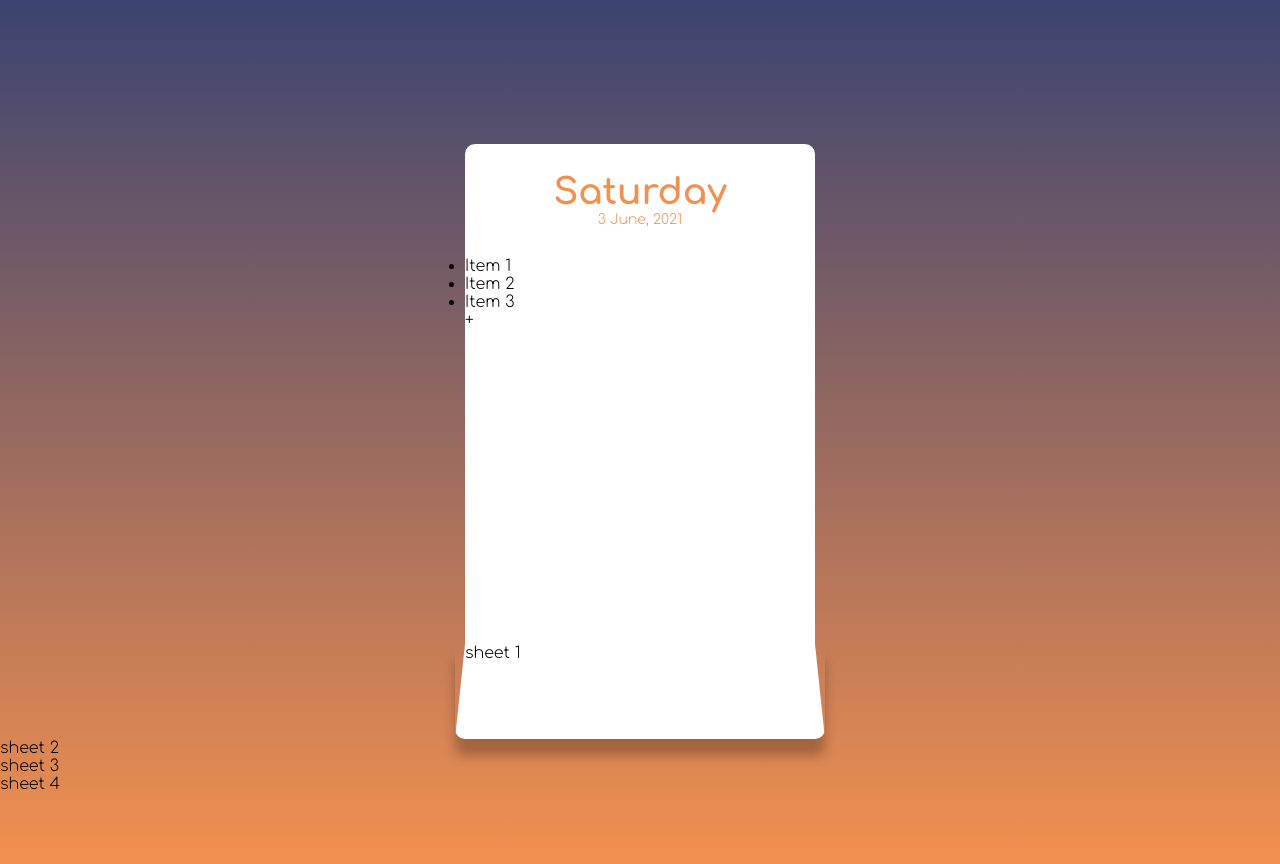
Repository: Colo-Codes/mini-projects
Page: todo-app/index.html
An editor plug-in stored every save of this project. The page is shown before and after a run of saves, followed by the edit.
The browser window is 1280 px wide. The pictures show the whole page.

Above is the page before, as saved 2021-07-04 11:34:37.

### todo-app/index.html
<!DOCTYPE html>
<html lang="en">
    <head>
        <meta charset="UTF-8" />
        <meta http-equiv="X-UA-Compatible" content="IE=edge" />
        <meta name="viewport" content="width=device-width, initial-scale=1.0" />
        <link rel="stylesheet" href="./css/index.css" />
        <title>Mini-Project - ToDo app</title>
    </head>
    <body>
        <div class="changing-background">
            <main class="todo">
                <section id="todo--header">
                    <header>Saturday</header>
                    <p>3 June, 2021</p>
                </section>
                <section id="todo--tasks-list">
                    <ul>
                        <li class="todo--tasks-list--item">Item 1</li>
                        <li class="todo--tasks-list--item">Item 2</li>
                        <li class="todo--tasks-list--item">Item 3</li>
                    </ul>
                </section>
                <section id="todo--footer">
                    <p>+</p>
                </section>
            </main>
            <div id="sheet-1-3d">sheet 1</div>
            <div id="sheet-2-3d">sheet 2</div>
            <div id="sheet-3-3d">sheet 3</div>
            <div id="sheet-4-3d">sheet 4</div>
        </div>
    </body>
</html>

### todo-app/css/index.css
@import url('https://fonts.googleapis.com/css2?family=Comfortaa:wght@300;700&display=swap');

/* Initial reset */

html {
    box-sizing: border-box;
    font-size: 16px;
}

*,
*:before,
*:after {
    box-sizing: inherit;
    margin: 0;
    padding: 0;
    /*outline: 1px dashed blue; /* Debugging purposes */
}

body {
    font-family: 'Comfortaa', cursive;
    background: #f3904f; /* fallback for old browsers */
    background: -webkit-linear-gradient(
        to bottom,
        #3b4371,
        #f3904f
    ); /* Chrome 10-25, Safari 5.1-6 */
    background: linear-gradient(
        to bottom,
        #3b4371,
        #f3904f
    ); /* W3C, IE 10+/ Edge, Firefox 16+, Chrome 26+, Opera 12+, Safari 7+ */
    background-repeat: no-repeat;
    background-size: cover;
    height: 100vh;
}

.todo {
    margin: auto;
    margin-top: 20vh;
    width: 350px;
    height: 500px;
    background-color: white;
    border-radius: 10px 10px 0 0;
}

#sheet-1-3d {
    width: 370px;
    height: 95px;
    margin: auto;
    border-radius: 0 0 10px 10px;
    /* trapezoidal shape */
    border-bottom: 95px solid white;
    border-left: 10px solid transparent;
    border-right: 10px solid transparent;
    /* height: 0; */
    /* width: 100px; */
    box-shadow: 0px 17px 12px rgba(0, 0, 0, 0.25);
}

#todo--header header {
    padding-top: 1.75rem;
    font-size: 2.25rem;
    font-weight: 700;
    text-align: center;
    color: #f3904f;
}

#todo--header p {
    font-size: 0.875rem;
    text-align: center;
    color: #f3904f;
}

#todo--tasks-list {
    margin-top: 1.875rem;
}

After the next 2 saves:
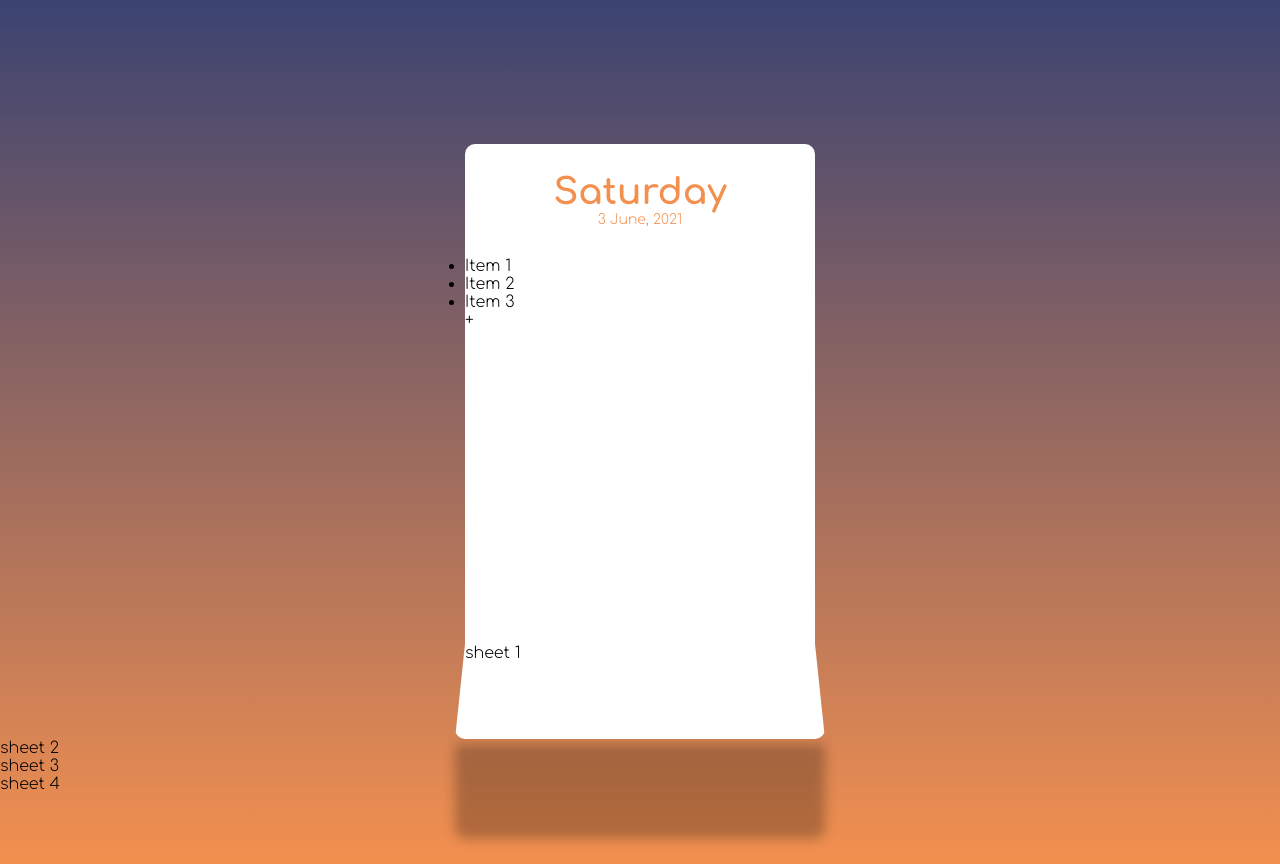
The 2 saves are shown as one change because they came seconds apart.
The last was saved 21 s later.
--- a/todo-app/css/index.css
+++ b/todo-app/css/index.css
@@ -54,7 +54,7 @@ body {
     border-right: 10px solid transparent;
     /* height: 0; */
     /* width: 100px; */
-    box-shadow: 0px 17px 12px rgba(0, 0, 0, 0.25);
+    box-shadow: 0px 100px 12px rgba(0, 0, 0, 0.25);
 }
 
 #todo--header header {
